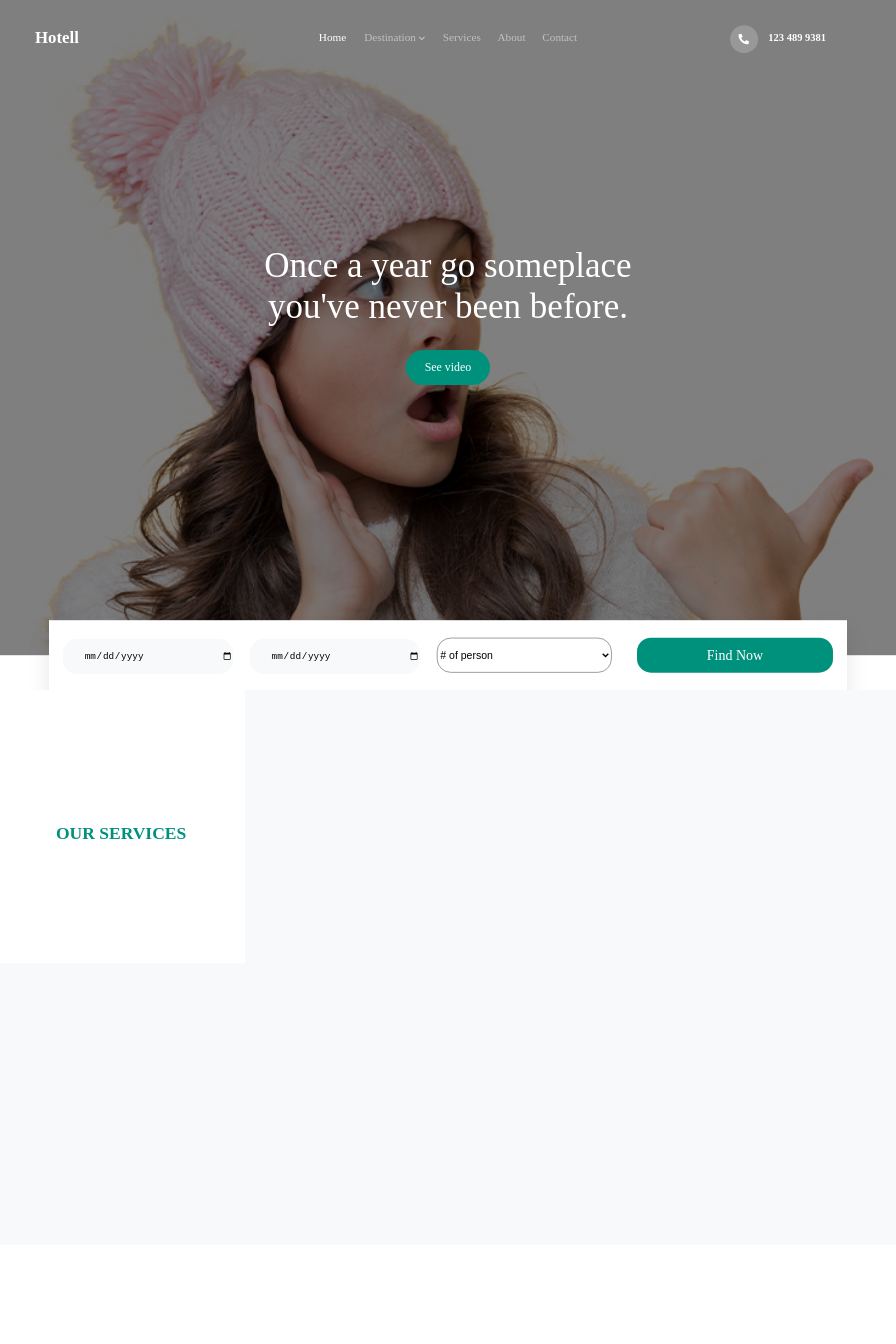
Repository: nhutduy0803/template1
Page: index.html
These files come from the project's save history. The page is drawn as it stood at one moment and after the next save; the edit follows.
The browser window is 1280 px wide. The pictures show the part of the page from y = 0 to 1920 px (the page is 5000 px tall), at 70% of full size.

Above is the page before, as saved 2021-11-28 13:04:29.

After the next save:
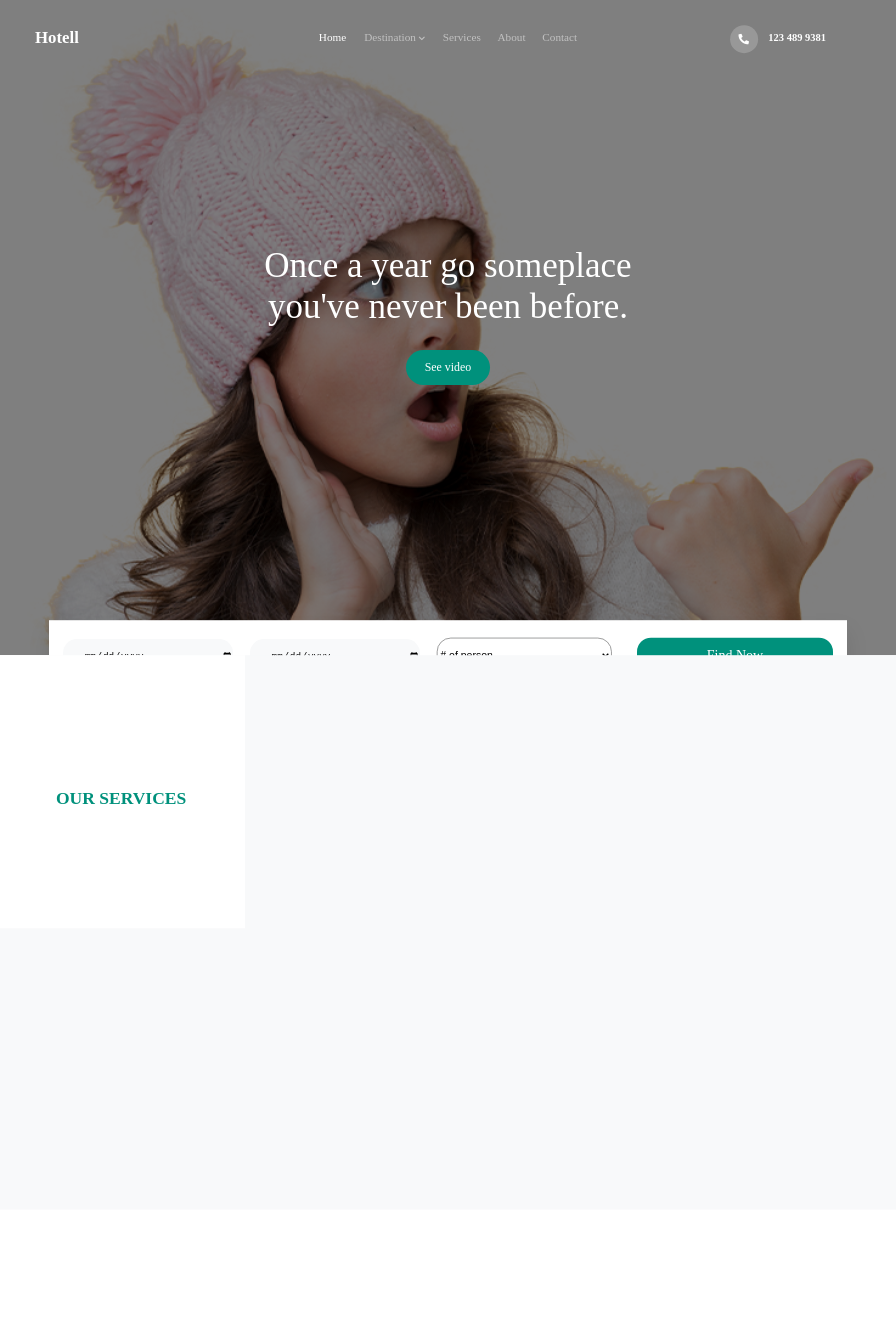
Saved 10 s later.
--- a/assets/css/style.css
+++ b/assets/css/style.css
@@ -258,7 +258,6 @@ ul .fa-chevron-down {
 }
 
 .card {
-  margin-top: 50px;
   height: 110vh;
   width: 100%;
   background: #f8f9fa;
